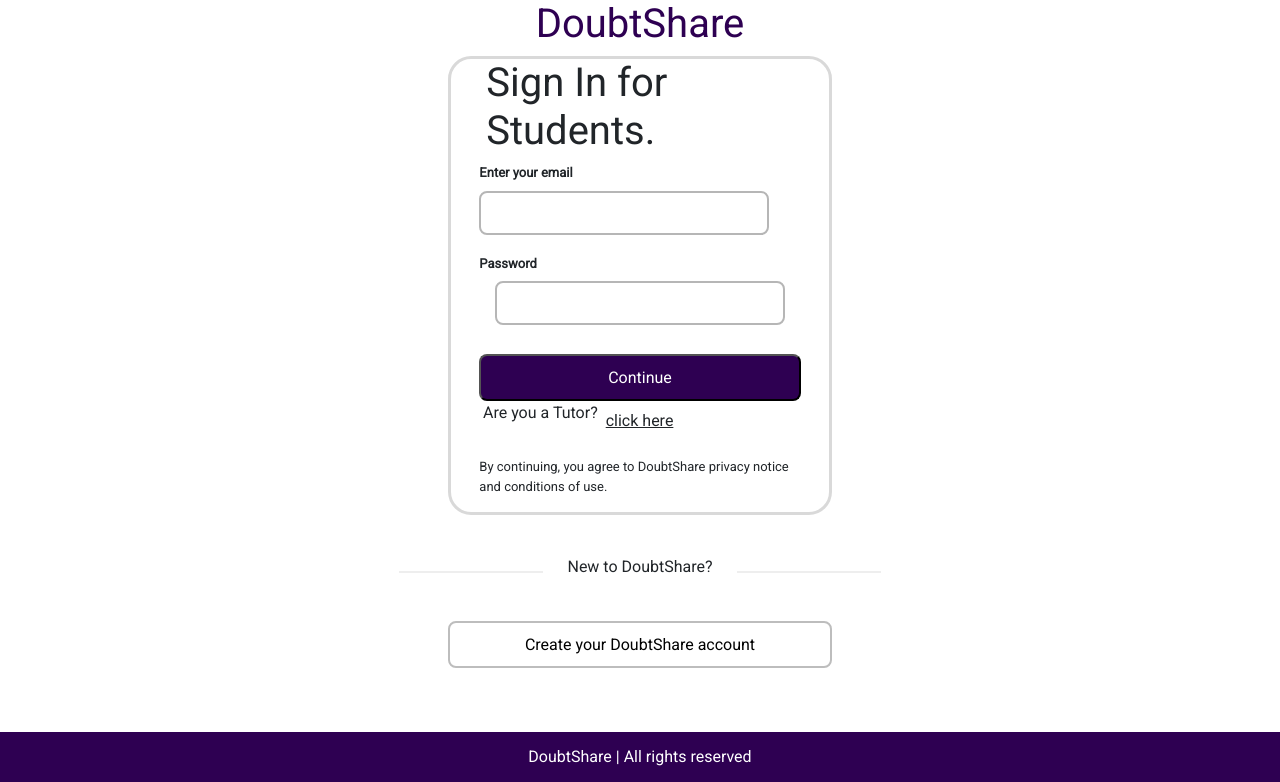
Repository: drumsmanku/doubtshare
Page: /login/student (app in frontend/)
These files come from the project's save history. The page is drawn as it stood at one moment and after the next save; the edit follows.
The browser window is 1280 px wide. The pictures show the whole page.
The project was rebuilt for these pictures with package versions that can differ from the ones it lists, and the page was loaded fresh each time. Also part of the build but not shown: frontend/src/App.css, frontend/src/Components/Register/Register.js, frontend/src/Components/Dashboard/Sidebar.js, frontend/src/Components/Dashboard/Profile.js, frontend/src/Components/CreateDoubtForm/CreateDoubtForm.js, frontend/src/Components/Dashboard/Dashboard.js, frontend/src/Components/LoginTutor/LoginTutor.js, frontend/src/Components/RegisterTutor/RegisterTutor.js and 1 more.

Above is the page before, as saved 2023-12-30 20:52:44.

After the next save:
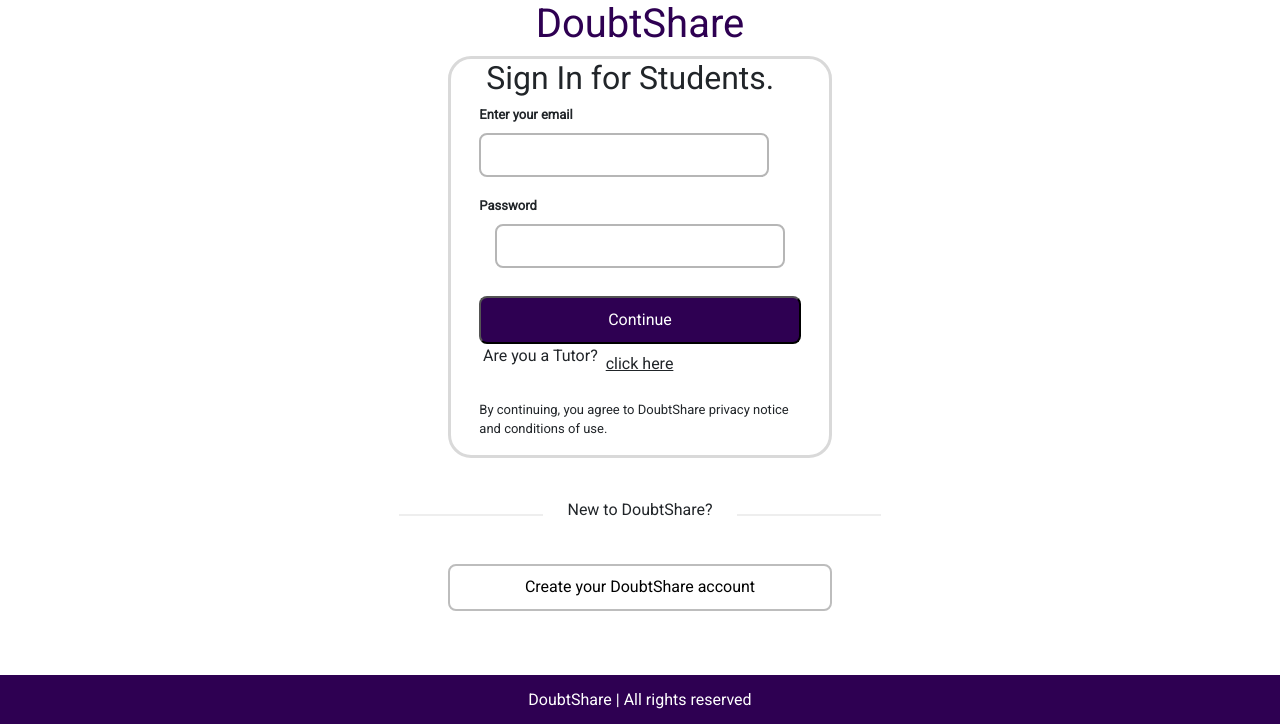
Saved 48 s later.
--- a/frontend/src/Components/Login/Login.js
+++ b/frontend/src/Components/Login/Login.js
@@ -60,7 +60,7 @@ function Login() {
         <form className={styles.form}>
 
           <div className={styles.inputContainer}>
-            <h1 className={styles.signInText}>Sign In for Students.</h1>
+            <h2 className={styles.signInText}>Sign In for Students.</h2>
 
 
             <div style={DivStyles}>
